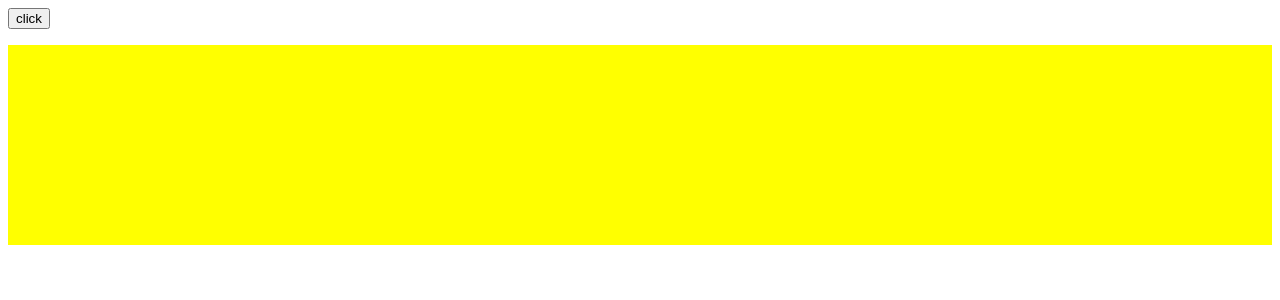
Repository: zenghao518518/React
Page: /
These files come from the project's save history. The page is drawn as it stood at one moment and after the next save; the edit follows.
The browser window is 1280 px wide. The pictures show the whole page.
The project was rebuilt for these pictures with package versions that can differ from the ones it lists, and the page was loaded fresh each time.

Above is the page before, as saved 2023-07-21 17:17:30.

### src/index.js
import React from 'react';
//import ReactDOM from 'react-dom';
import ReactDOM from 'react-dom/client'
//import './01-base/01-class组件'
//ReactDOM.render(<div>111111</div>,document.getElementById('root'))                    //);
//import App from './01-base/01-class组件'
//import App from './01-base/02-函数式组件'
//import App from './01-base/03-组件的嵌套'
//import App from './01-base/04-组件的样式'
//import App from './01-base/05-事件绑定-1'
//import App from './01-base/06-事件绑定-2'
//import App from './01-base/07-ref'
//import App from './01-base/08-state'
//import App from './01-base/09-数组渲染'
//import App from './01-base/10-todolist'
//import App from './01-base/12-卖座选项卡'
//import App from './01-base/13-setState同步异步'
import App from './01-base/14-betterScroll'
//import App from './01-base/19-非受控'
//import App from './01-base/20-受控'
let root = ReactDOM.createRoot(document.getElementById('root'));
//root.render(<div>111111</div>);
root.render(<React.StrictMode><App></App></React.StrictMode>);
//root.render(<App></App>);

### src/01-base/14-betterScroll.js
import React, { Component } from "react";
import BetterScroll from 'better-scroll'
export default class App extends Component {
    state={
        list:[]
    }
  render() {
    return (
      <div>
        <button onClick={()=>this.getData()}>click</button>
        <div className="wrapper" style={{height:'200px',background:'yellow'}}>
          <ul className="content" >
            {
                this.state.list.map(item=><li key={item}>{item}</li>)
            }

          </ul>
        </div>
      </div>
    );
  }

  getData(){
    var list =[1,2,3,4,5,6,7,8,9,10,11,12,13,14,15]
    this.setState({
        list:list
    })
    new BetterScroll(".wrapper")
  }
}

Loaded but not shown: public/index.html (common file)

After the next save:
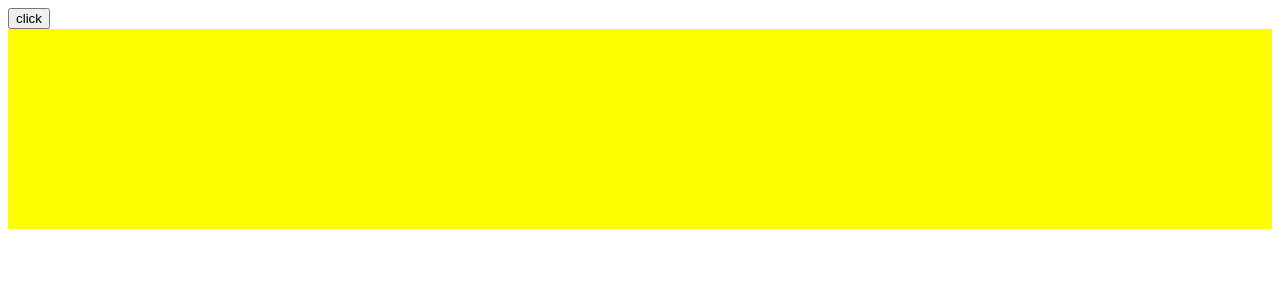
Saved 99 s later.
--- a/src/01-base/14-betterScroll.js
+++ b/src/01-base/14-betterScroll.js
@@ -8,7 +8,7 @@ export default class App extends Component {
     return (
       <div>
         <button onClick={()=>this.getData()}>click</button>
-        <div className="wrapper" style={{height:'200px',background:'yellow'}}>
+        <div className="wrapper" style={{height:'200px',background:'yellow',overflow:'hidden'}}>
           <ul className="content" >
             {
                 this.state.list.map(item=><li key={item}>{item}</li>)
